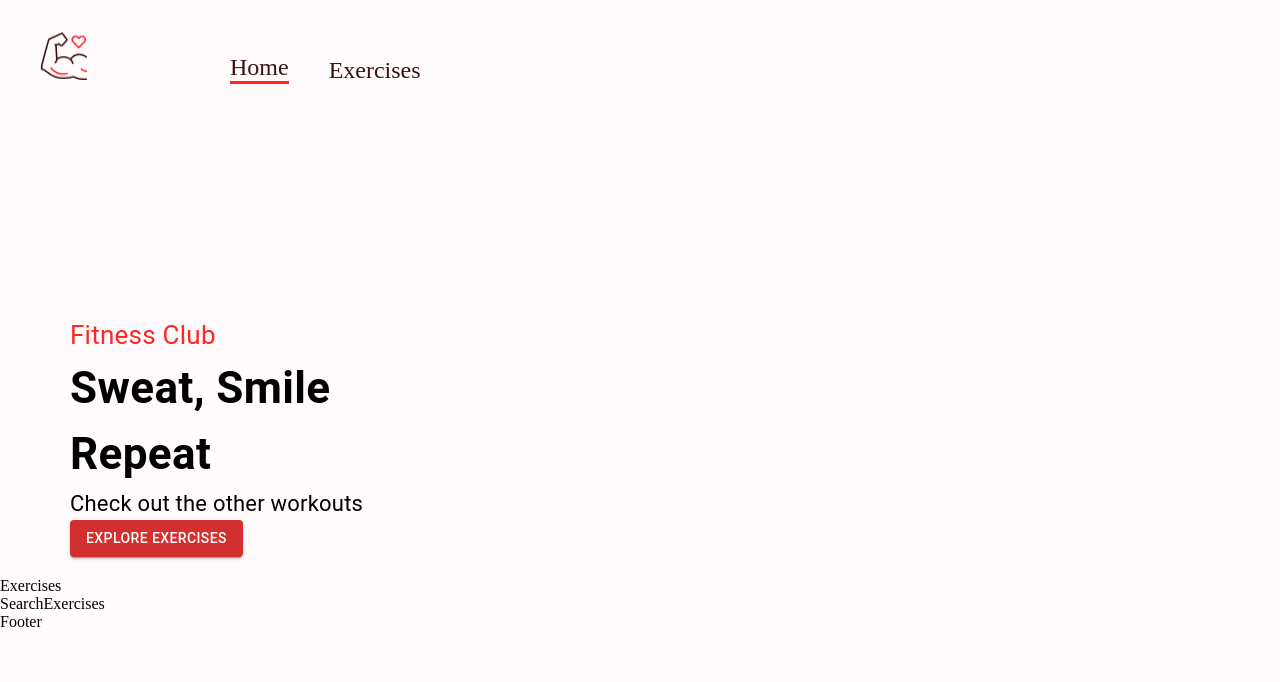
Repository: lvcg/FlexFiend
Page: /
The author's editor kept a copy of each file at every save. The page is drawn from the files as they stood at one save, then again after a run of saves.
The browser window is 1280 px wide. The pictures show the whole page.
The project was rebuilt for these pictures with package versions that can differ from the ones it lists, and the page was loaded fresh each time. Also part of the build but not shown: src/pages/ExerciseDetail.js.

Above is the page before, as saved 2023-03-06 13:34:45.

After the next 4 saves:
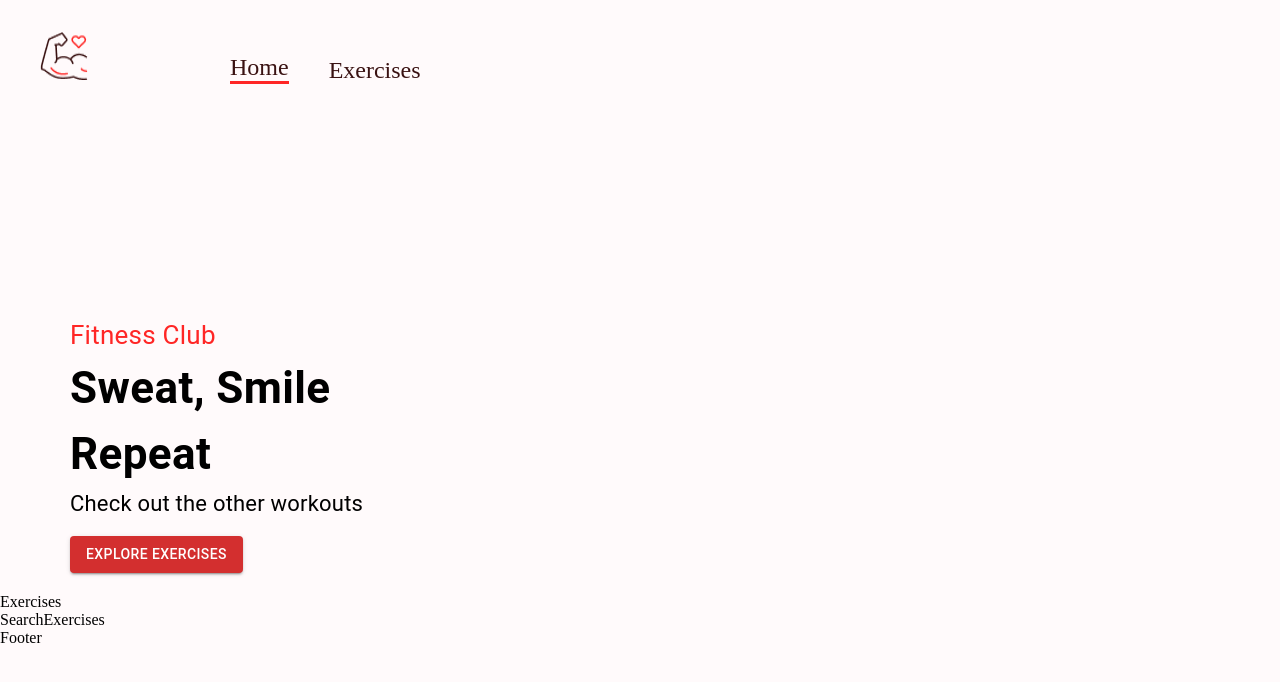
The 4 saves are shown as one change because they came seconds apart.
The last was saved 42 s later.
--- a/src/components/HeroBanner.js
+++ b/src/components/HeroBanner.js
@@ -16,7 +16,7 @@
         >
             Sweat, Smile <br /> Repeat
         </Typography>
-        <Typography fontSize="22px" lineheight="35px">
+        <Typography fontSize="22px" lineheight="35px" mb={2}>
             Check out the other workouts
         </Typography>
         <Button variant="contained" color="error">
